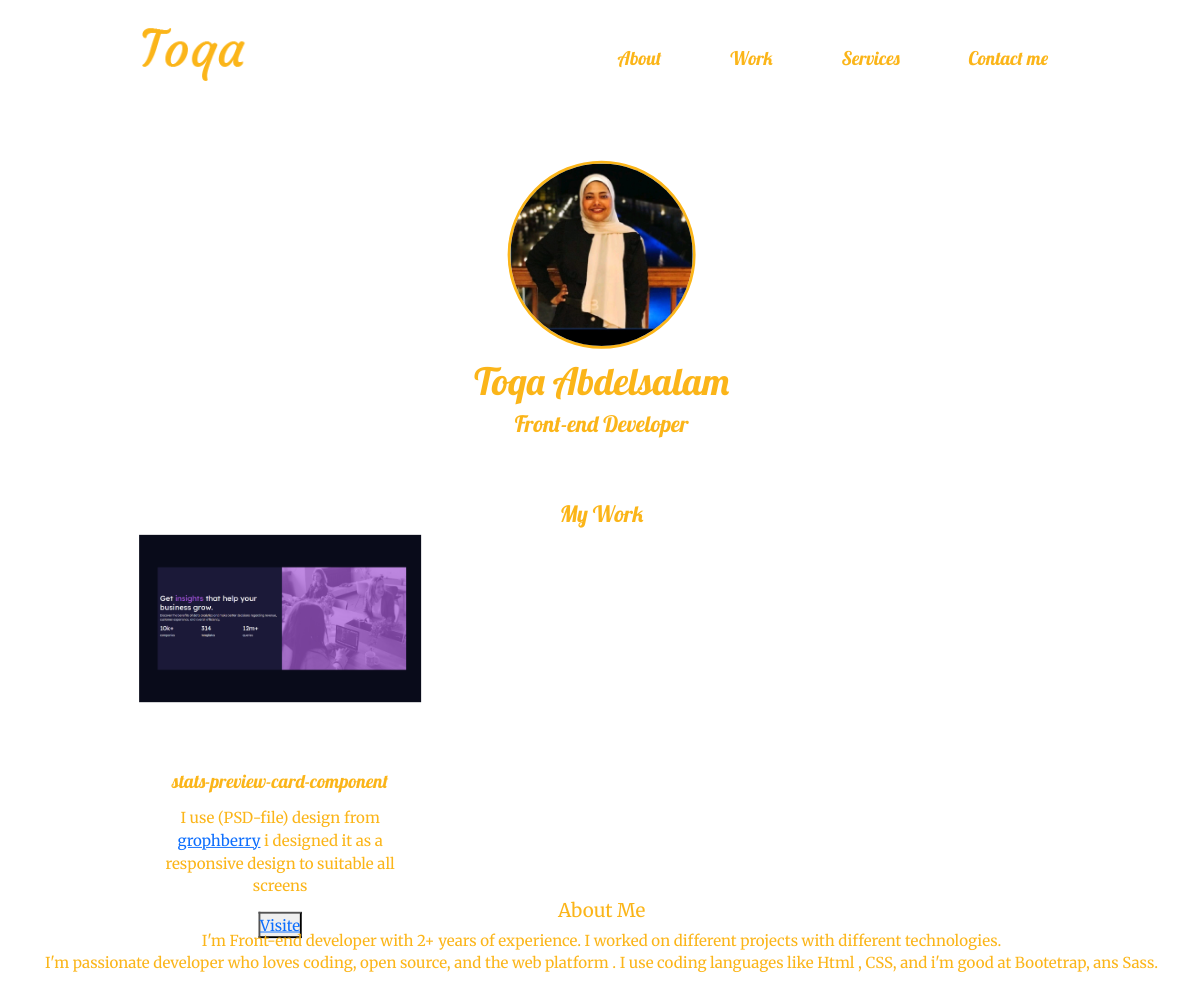
Repository: Toqa-25/portfolio
Page: index.html
The author's editor kept a copy of each file at every save. The page is drawn from the files as they stood at one save, then again after the next save.
The browser window is 1280 px wide. The pictures show the whole page, at 94% of full size.
Some web fonts or font styles are not loaded; a fallback is used.

Above is the page before, as saved 2021-10-31 19:26:40.

### index.html
<!DOCTYPE html>
<html lang="en">
<head>
    <meta charset="UTF-8">
    <meta http-equiv="X-UA-Compatible" content="IE=edge">
    <meta name="viewport" content="width=device-width, initial-scale=1.0">
    <title>Toqa Portfolio</title>
      <!-- bootstrap file -->
      <link rel="stylesheet" href="css/all.min.css">
      <link rel="stylesheet" href="css/bootstrap.css">
      <!-- css file -->
      <link rel="stylesheet" href="css/style.css">
      <!-- fonts -->
      <link rel="preconnect" href="https://fonts.googleapis.com">
<link rel="preconnect" href="https://fonts.gstatic.com" crossorigin>
<link href="https://fonts.googleapis.com/css2?family=Lobster&family=Otomanopee+One&display=swap" rel="stylesheet">
<link rel="preconnect" href="https://fonts.googleapis.com">
<link rel="preconnect" href="https://fonts.gstatic.com" crossorigin>
<link href="https://fonts.googleapis.com/css2?family=Merriweather:ital,wght@0,300;0,400;0,700;0,900;1,300;1,400;1,700;1,900&display=swap" rel="stylesheet">
<link rel="preconnect" href="https://fonts.googleapis.com">
<link rel="preconnect" href="https://fonts.gstatic.com" crossorigin>
<link href="https://fonts.googleapis.com/css2?family=Bebas+Neue&family=Oswald:wght@200;300;400;500;600;700&display=swap" rel="stylesheet">
</head>
<body>
        <!-- header section -->
    <header class="pad">
       <div class="container">
         <div class="header-content">
           <div class="header-logo">
             <img src="images/logo.png" alt="logo">
           </div>
           <div class="bar">
             <svg xmlns="http://www.w3.org/2000/svg" width="35" height="35" fill="#fbb519" class="bi bi-list" viewBox="0 0 16 16">
               <path fill-rule="evenodd" d="M2.5 12a.5.5 0 0 1 .5-.5h10a.5.5 0 0 1 0 1H3a.5.5 0 0 1-.5-.5zm0-4a.5.5 0 0 1 .5-.5h10a.5.5 0 0 1 0 1H3a.5.5 0 0 1-.5-.5zm0-4a.5.5 0 0 1 .5-.5h10a.5.5 0 0 1 0 1H3a.5.5 0 0 1-.5-.5z"/>
             </svg>
              <ul class="hidden-list unlist list">
              <li>About</li>
              <li>Work</li>
              <li>Services</li>
              <li>Contact me</li>
              <li>Reviews</li>
            </ul>
           </div>
           <div class="header-nav">
             <ul class="list unlist">
                 <li>About</li>
                 <li>Work</li>
                 <li>Services</li>
                 <li>Contact me</li>
                 <!-- <li>Reviews</li> -->
             </ul>

           </div>
         </div>
         </div>
        </header><!-- end header section -->
        <!-- information  section -->
    <section  class="inform pad">
      <div class="main-inform " role="main">
        <div class="inform-info">
        <img src="images/toqa.jpg" alt=""><br>
        <h1>Toqa Abdelsalam</h1>
        <h4>Front-end Developer</h4>
      </div>
      </div>
    </section> <!-- end information  section -->

      <!-- my-work  section -->
      <section class="pad work">
        <div class="container">
          <h4 class="work-head">My Work</h4>
          <div class="work-content">
      <div class="work-card" role="menu">
        <div class="card-img">
          <img src="images/toqa-25.github.io_stats-preview-card-component-main_.png" alt="">
        </div>
        <div class="card-info">
          <h5 class="card-title">stats-preview-card-component </h5>
          <p class="card-inf-text"> I use  (PSD-file) design from <span> <a href="https://www.frontendmentor.io/">grophberry</a></span>
        i designed it as a responsive design to suitable all screens
         </p>
      <button class="card-button"><a href="https://toqa-25.github.io/stats-preview-card-component-main/">Visite</a></button>
        </div>
 </div>
      <!-- <div class="project card" role="menu">
        <img src="images/toqa-25.github.io_3-cards-component3_.png" alt="">
        <p>3-card-component
      I use (PSD-file) design from <span> <a href="https://www.frontendmentor.io/">grophberry</a></span>
  i designed it as a responsive design to suitable all screens <br>
  <button><a href="https://toqa-25.github.io/3-cards-component/">Visite</a></button>
 </p>
 </div>
      <div class="project card" role="menu">
          <img src="images/destop-luxestate - Copy (1).png" alt="">
          <p>Luxestate is Real-Estate Company
        I use Luxestate (PSD_file) design from <span> <a href="https://www.graphberry.com/">grophberry</a></span>
    i designed it as a responsive design to suitable all screens <br>
    <button><a href="https://toqa-25.github.io/luxstate-project-/">Visite</a></button>
   </p>
   </div>
      <div class="project card" role="menu">
          <img src="images/web_design.png" alt="">
          <p>Doop is an advertising-agency .
        I use Doop (PSD_file) design from <span> <a href="https://www.graphberry.com/">grophberry</a></span>
    i designed it as a responsive design to suitable all screens <br>
    <button><a href="https://toqa-25.github.io/simply-agency/">Visit </a></button>
   </p>
   </div>
      <div class="project card" role="menu">
        <img src="images/Vibo_App(desktop)_toqa-25.github.io2.png" alt="">
          <p>Vibo is an App-Development company
        I use Vibo PSD design from <span> <a href="https://www.graphberry.com/">grophberry</a></span>
    i designed it as a responsive design to suitable all screens <br>
    <button><a href="https://toqa-25.github.io/vibo-app/">Visite</a></button>
   </p>
   </div>
   <div class="project card" role="menu">
    <img src="images/toqa-25.github.io_landing-meeting-page_desktop.png" alt="">
    <p>Metting landing page
  I use  design from <span> <a href="https://www.frontendmentor.io/">grophberry</a></span>
i designed it as a responsive design to suitable all screens <br>
<button><a href="https://toqa-25.github.io/landing-meeting-page/">Visite</a></button>
</p>
</div> -->
   </div>
   </div>
      </section>

      <section class="section about">

          <h5>About Me</h5>
      <p> I'm Front-end developer with 2+ years of experience. I worked on different projects with different technologies. <br>
       I'm passionate developer who loves coding, open source, and the web platform .
       I use coding languages like Html , CSS, and i'm good at Bootetrap, ans Sass. </p>
      </section>

</body>
</html>

### css/style.css
/*
    public style
***********************
*/
:root{
    --main-color:#fbb519;
    --section-padding:30px;
}
* , *:after , *:before{
    box-sizing: border-box;
    margin: 0;
    padding: 0;
}
body{
    font-family: 'Merriweather', serif;
    color:var(--main-color);
}
.pad{
    padding: var(--section-padding) 0;
}
.container
{
  width: 80%;
  margin:auto;
  padding: 0 20px;
}
 .pad h5{
    text-align: center;
    font-family: 'Lobster';
    margin-bottom: 15px;
 }
 .unlist{
     list-style: none;
 }
/*
    header style
***********************
*/
 header{
    font-family: 'Lobster', cursive;
 }
 .header-content{
    display: flex;
}
.header-logo{
    width:50%;
}
.bar{
    position: relative;
    display: none;
    margin: auto 20px;
     transition: .2s;
     cursor: pointer;
     width: 50%;
    /* text-align: right; */
    justify-content: flex-end;
}
 .header-nav{
   min-width: 50%;
    display: flex;
    justify-content: flex-end;
 }
 .header-nav .list{
     width: 100%;
     display: flex;
     justify-content: space-between;
     align-items: center;
     padding: 17px;
 }
  .list li{
     font-size: 20px;
     transition: .2s;
     -webkit-transition: .2s;
     -moz-transition: .2s;
     -ms-transition: .2s;
     -o-transition: .2s;
     cursor: pointer;
     margin-bottom: 2px;
    }
     .list li:hover{
        border-bottom: 2px solid var(--main-color);
    }
    .hidden-list{
         text-align: center;
         position: absolute;
         width: 120px;
         top: 3px;
         right: -70px;
         background-color: #f5f5dc91;
         padding: 10px;
         border-radius: 25px;
         -webkit-border-radius: 25px;
         -moz-border-radius: 25px;
         -ms-border-radius: 25px;
         -o-border-radius: 25px;
         transition: .2s;
         -webkit-transition: .2s;
         -moz-transition: .2s;
         -ms-transition: .2s;
         -o-transition: .2s;
         visibility: hidden;
         display: none;
}
/* media quary for header*/
 @media (max-width: 991px){
   .header-nav {
      display: none;
  }
  .bar{
      display: flex;
  }
  .bar:hover .hidden-list{
    visibility: visible;
    display: block;
  }
}
/*
    my-information&image style
  ********************************
 */
 .main-inform{
     color: var(--main-color);
    text-align: center;
    height: 300px;
    display: flex;
    align-items: center;
    justify-content: center;
    font-family: 'Lobster', cursive;
}
.main-inform img{
    width: 200px;
    height: 200px;
    border:3px solid;
    border-radius: 50%;
    -webkit-border-radius: 50%;
     -moz-border-radius: 50%;
     -ms-border-radius: 50%;
     -o-border-radius: 50%;
     margin-bottom: 10px;
    }
/*
    my-work style
********************************
*/
.work{
    text-align: center;
}
 .work-content{
    display: grid;
    grid-template-columns:repeat(1,300px);
    gap:10px;
 }
 .work .work-head{
    text-align: center;
    font-family: 'Lobster';
 }
 .work-card{

 }
 .card-img{
     width:100%;
     height:70%;
 }
 .card-img img{
     max-width:100%;
     max-height:100%;

 }
 .card-info{
     text-align: center;
 }
.card {
    width: 100%;
    height: 100%;
    position: relative;
    display: flex;
    flex-direction: column;
    min-width: 0;
    word-wrap: break-word;
    background-color: black;
    background-clip: border-box;
    border: 4px solid var(--main-color);
    border-radius: 0.3rem;
}

.card img{
    max-width:100%;
    max-height: 150px;
    border-bottom: 3px solid;
}
.card img:hover{
   transform: scale(1.1);
   -webkit-transform: scale(1.1);
   -moz-transform: scale(1.1);
   -ms-transform: scale(1.1);
   -o-transform: scale(1.1);
}
.card p{
    margin-bottom: 1rem;
    background-color: black;
    font-size: 10px;
    padding: 2px;
    margin: 0px;
    margin-top: 0px;
    width: 100%;
    height: 100%;
    text-align: center;
    color:#483705;
    background-color: #f5f5dce8;
    padding-top: 10px;

}
.card p a{
    text-decoration: none;
    color: #e2bc66;
    font-weight: bolder;
}
.card p:hover{

}

.card button{
    width: 95px;
    text-align: center;
    background-color: #ffc107;
    border: none;
    border-radius: 15px;
    padding: 5px;
    margin-top: 7px;
}
.card button:hover{
    width:120px;
    padding: 10px;
}
.card button a{
    text-decoration: none;
    color: #483705;
}

.about{
    text-align: center;

}

/*
           media quary style
    ***************************************
        //extra small devices @media (maxwidth:575px)
        //small devices @media (maxwidth:767px)
        //medium devices @media (maxwidth:991px)
        //large devices @media (maxwidth:1199px)
*/

Loaded but not shown: css/all.min.css (library); css/bootstrap.css (library)

After the next save:
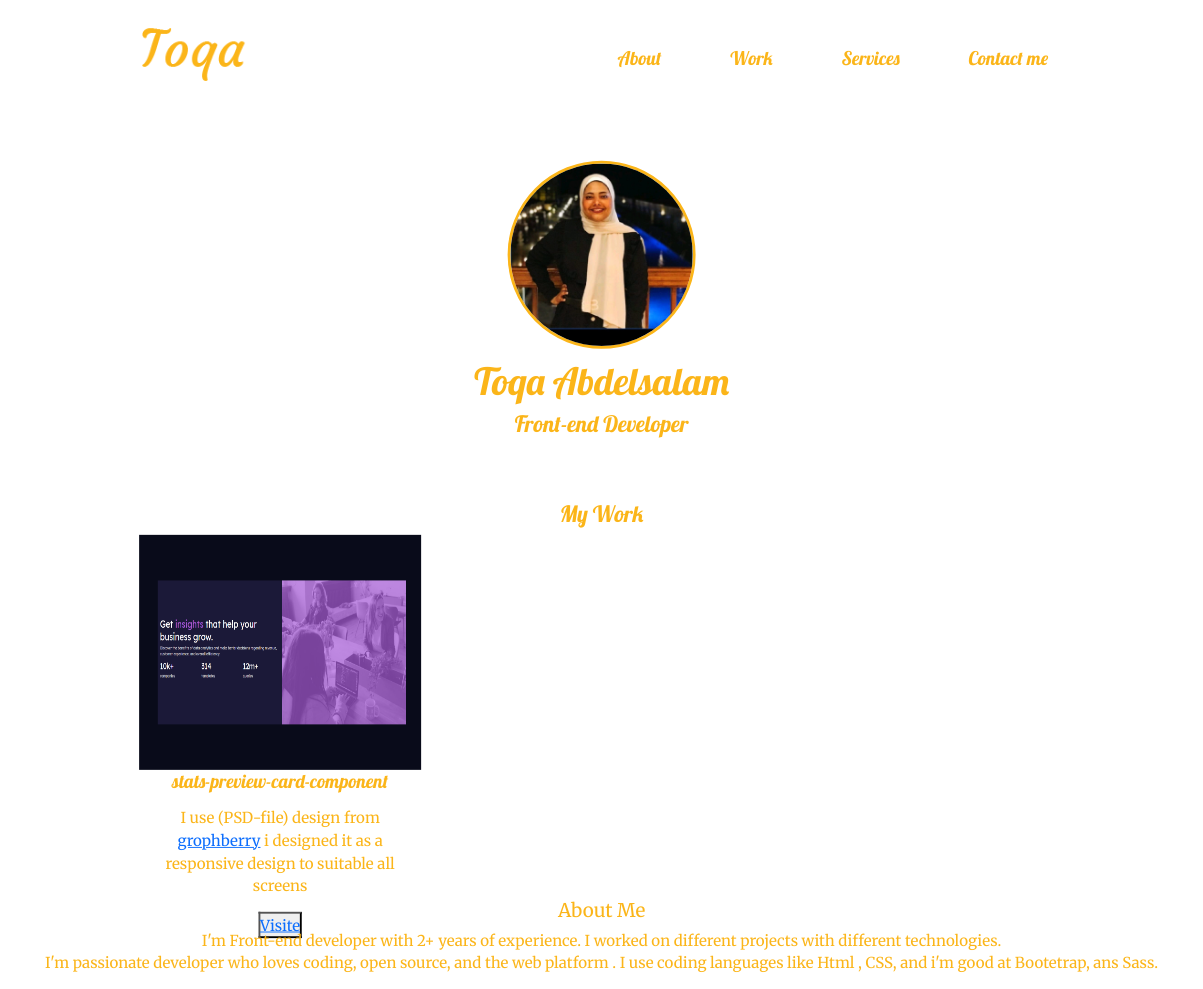
Saved 26 s later.
--- a/css/style.css
+++ b/css/style.css
@@ -163,7 +163,7 @@
  }
  .card-img img{
      max-width:100%;
-     max-height:100%;
+     height:100%;
 
  }
  .card-info{

After the save that followed:
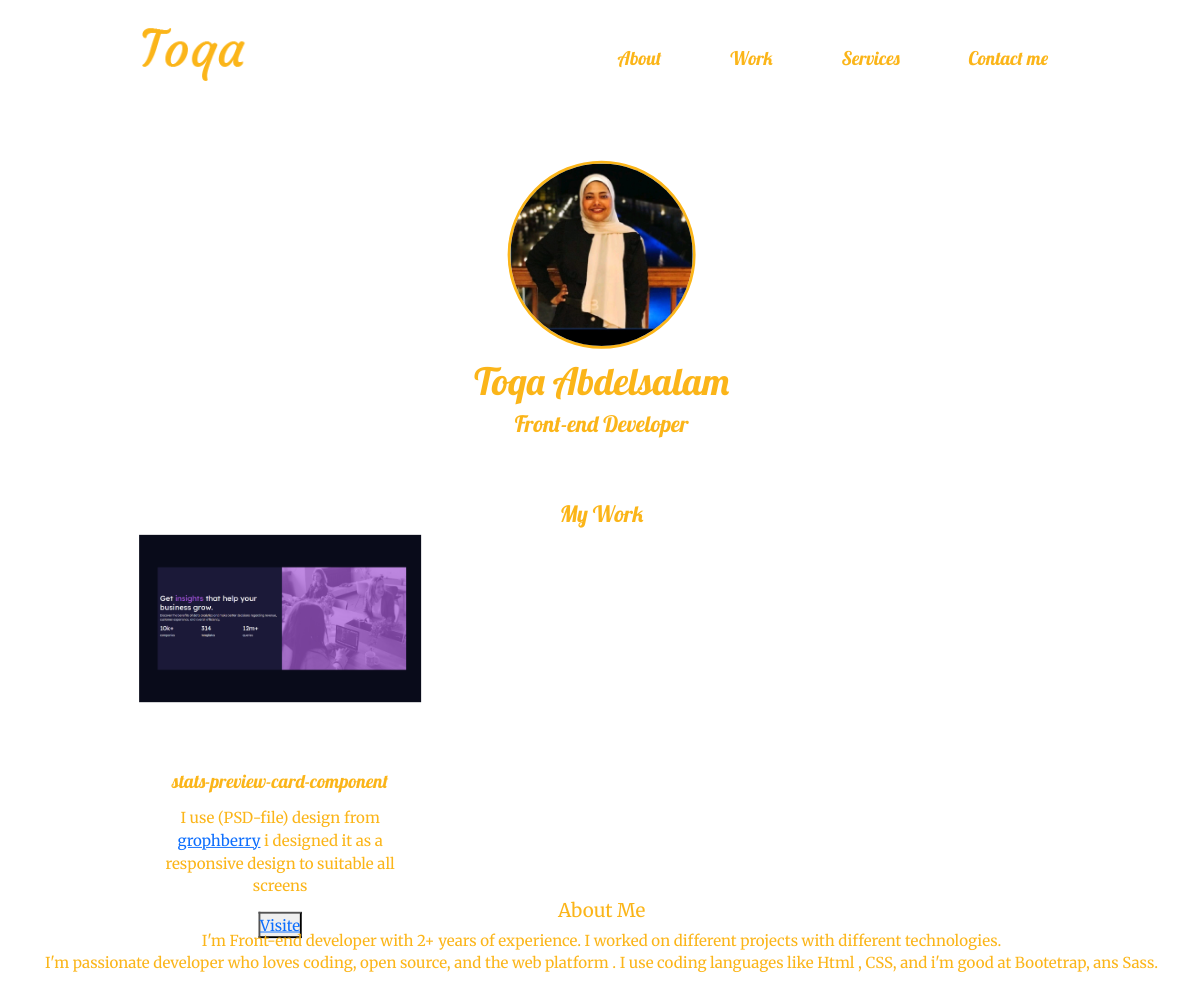
Saved 13 s later.
--- a/css/style.css
+++ b/css/style.css
@@ -163,7 +163,7 @@
  }
  .card-img img{
      max-width:100%;
-     height:100%;
+     /* height:100%; */
 
  }
  .card-info{
